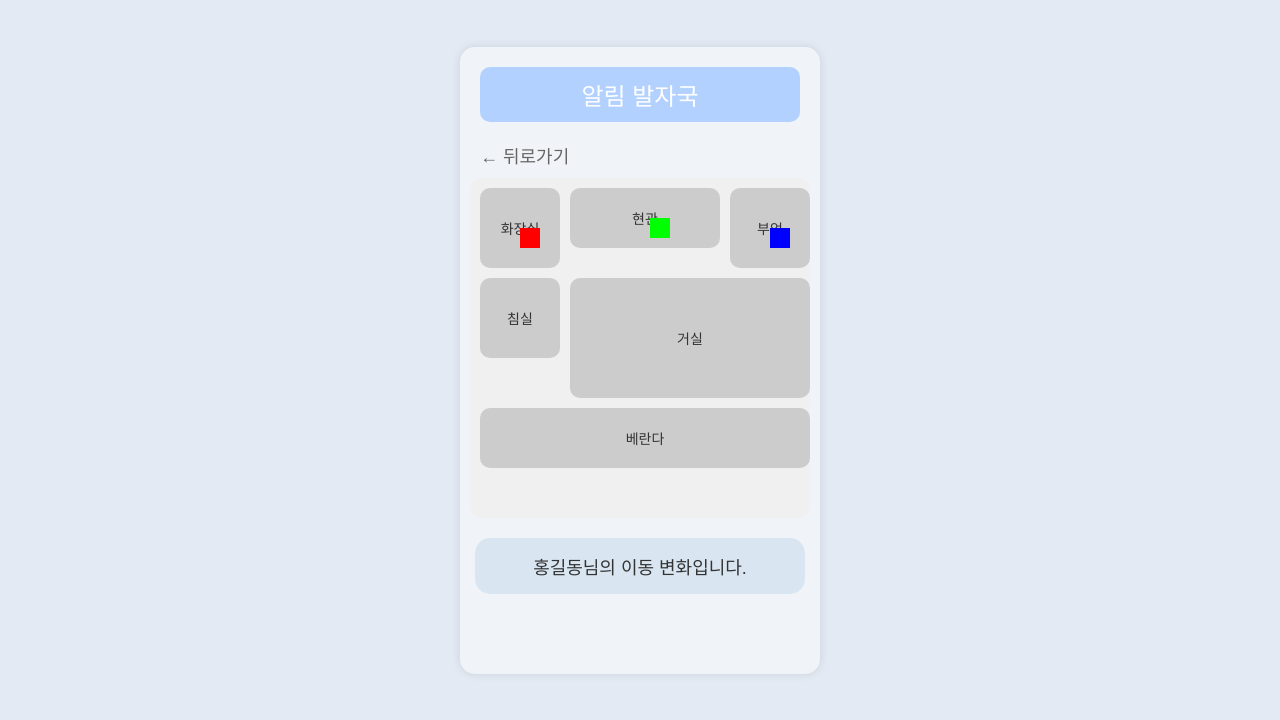
Repository: step-by-steps/step_by_steps_web
Page: http://localhost/step2
The author's editor kept a copy of each file at every save. The page is drawn from the files as they stood at one save, then again after the next save.
The browser window is 1280 px wide. The pictures show the whole page.
The page is served by the project's application, run on Flask 3 (main.py). The session is filled in as if someone had signed in: {"username": "testuser"}. Queries for data that is not in the repository find no rows.

Above is the page before, as saved 2024-08-19 01:28:18.

After the next save:
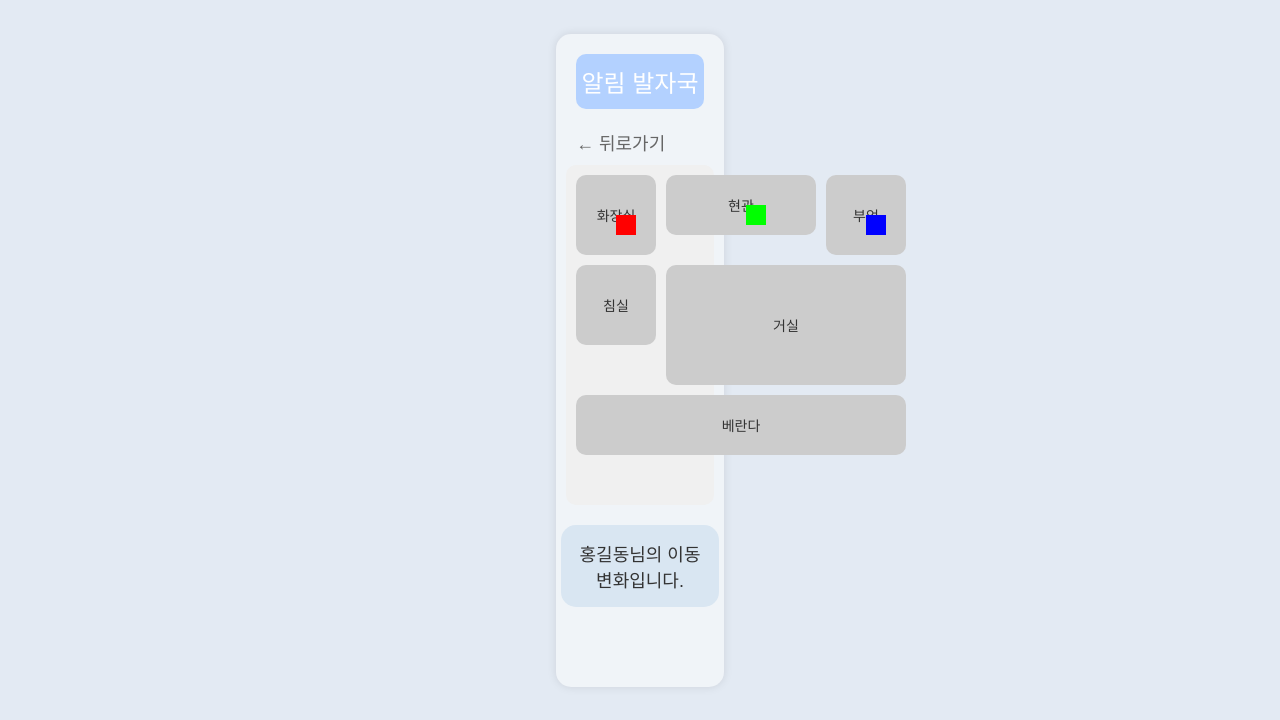
Saved 5 s later.
--- a/templates/step2.html
+++ b/templates/step2.html
@@ -21,7 +21,7 @@
             align-items: center;
             background-color: #F0F4F8;
             padding: 20px;
-            width: 120%;
+            width: 10%;
             max-width: 320px;
             border-radius: 15px;
             box-shadow: 0 0 10px rgba(0, 0, 0, 0.1);

After the save that followed:
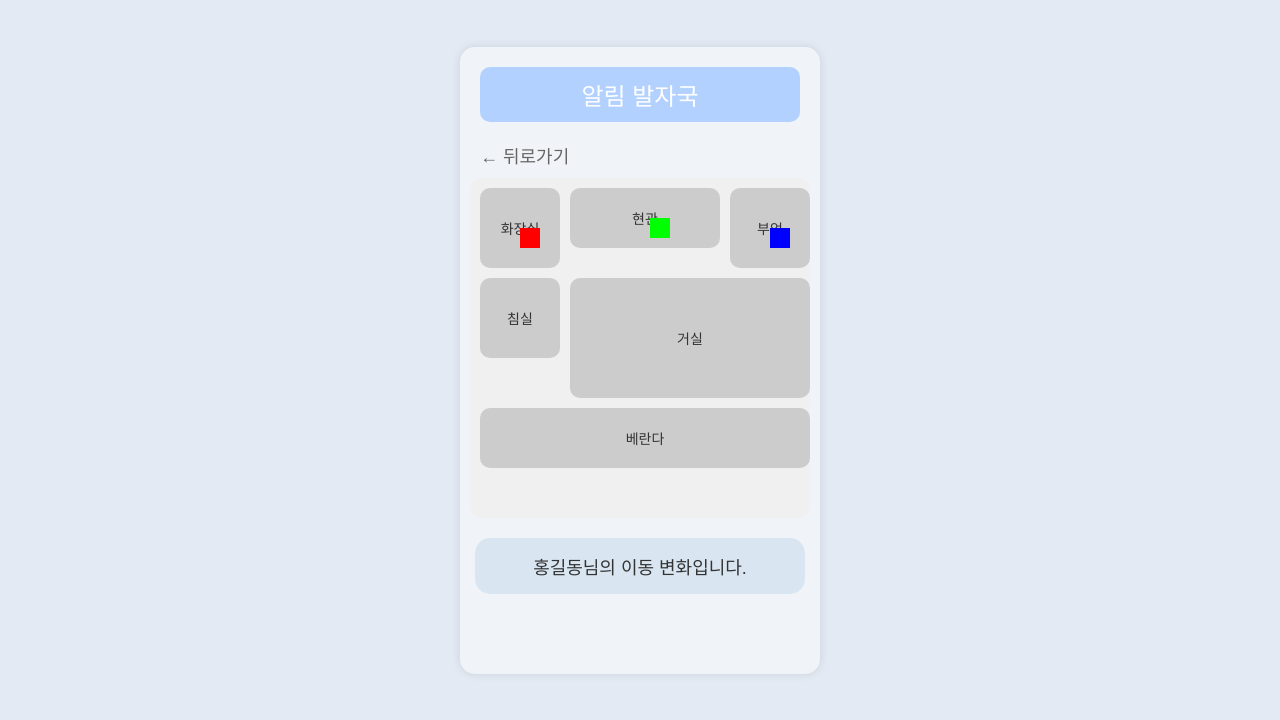
Saved 8 s later.
--- a/templates/step2.html
+++ b/templates/step2.html
@@ -21,7 +21,7 @@
             align-items: center;
             background-color: #F0F4F8;
             padding: 20px;
-            width: 10%;
+            width: 200%;
             max-width: 320px;
             border-radius: 15px;
             box-shadow: 0 0 10px rgba(0, 0, 0, 0.1);
